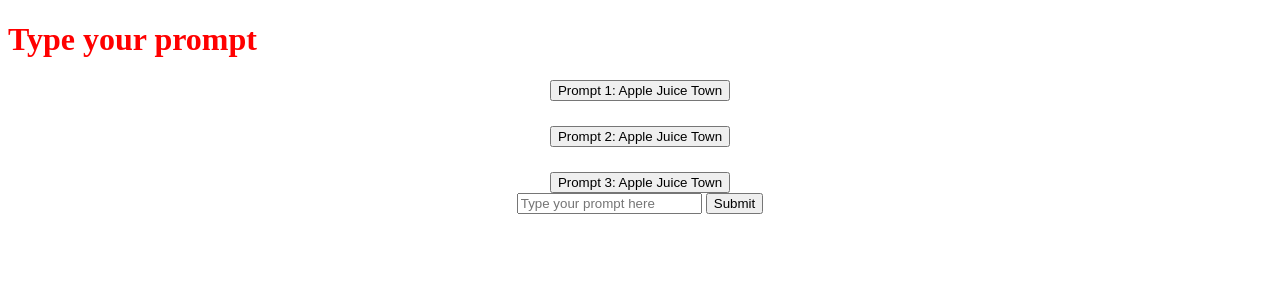
Repository: Appl3Kitti3/PROJECT_4537
Page: ClientSide/index.html
An editor plug-in stored every save of this project. The page is shown before and after the next save, followed by the edit.
The browser window is 1280 px wide. The pictures show the whole page.

Above is the page before, as saved 2024-10-17 20:58:17.

### ClientSide/index.html
<!DOCTYPE html>
<html>
    <head>
        <title>Client Side</title>
        <style>
            h1 {
                color: red;
            }

            .suggestions_container, .main_container
            {
                display: flex;
                flex-direction: column;
                align-items: center;
                gap: 25px;
            }
        </style>


    </head>
    <body>
        <h1>
            Type your prompt
        </h1>

        <!-- This is the div that maps out the AI's generated prompts as ideas -->
        <div class="suggestions_container">
            <button
            class="ai_generated_prompt"
            >Prompt 1: Apple Juice Town </button>
            <button
            class="ai_generated_prompt"
            >Prompt 2: Apple Juice Town </button>
            <button
            class="ai_generated_prompt">Prompt 3: Apple Juice Town </button>

        </div>
        <div class="main_container">
            <form>
                <input type="text" id="prompt" placeholder="Type your prompt here" />

                <input type="submit" value="Submit" />
            </form>
        </div>

        <script>

            function test()
            {
                const buttons = document.getElementsByClassName("ai_generated_prompt");

                for (let i = 0; i < buttons.length; i++)
                {
                    buttons[i].addEventListener("click", function()
                    {
                        onPromptSelect(buttons[i]);
                    });
                }
            }
            function onPromptSelect(element)
            {
                let prompt = element.innerHTML;
                document.getElementById("prompt").value = prompt;
            }

            onload = test;
        </script>
    </body>
</html>

After the next save:
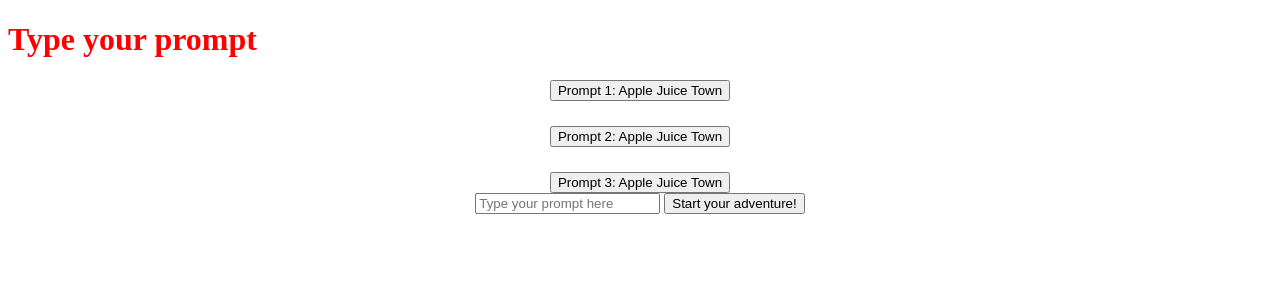
Saved 6 s later.
--- a/ClientSide/index.html
+++ b/ClientSide/index.html
@@ -39,7 +39,7 @@
             <form>
                 <input type="text" id="prompt" placeholder="Type your prompt here" />
 
-                <input type="submit" value="Submit" />
+                <input type="submit" value="Start your adventure!" />
             </form>
         </div>
 
